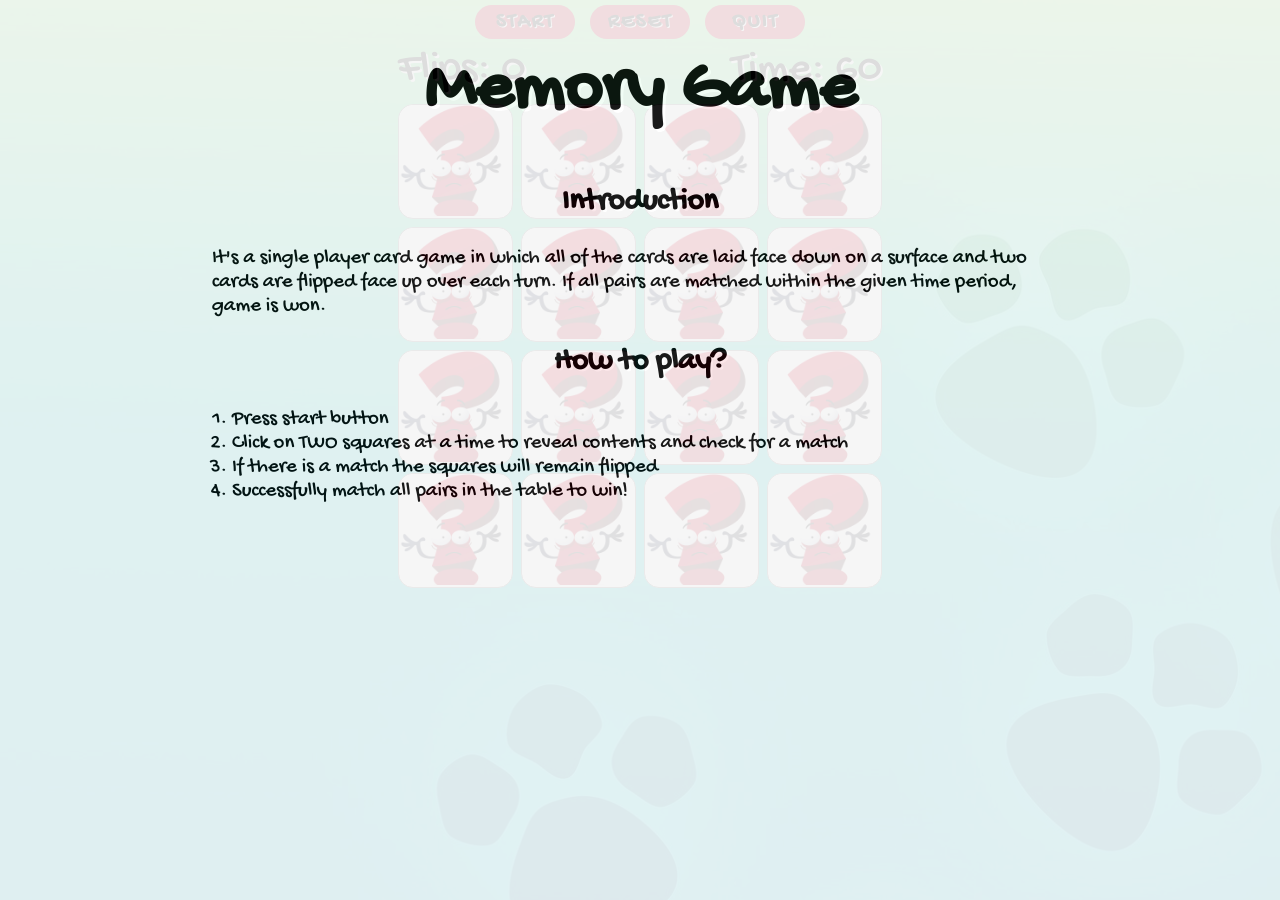
Repository: lauramika/Memory-Game
Page: index.html
The author's editor kept a record of every edit. The page is drawn from the files as they stood at one moment, then again after the next edit.
The browser window is 1280 px wide. The pictures show the whole page.

Above is the page before.

After the next edit:
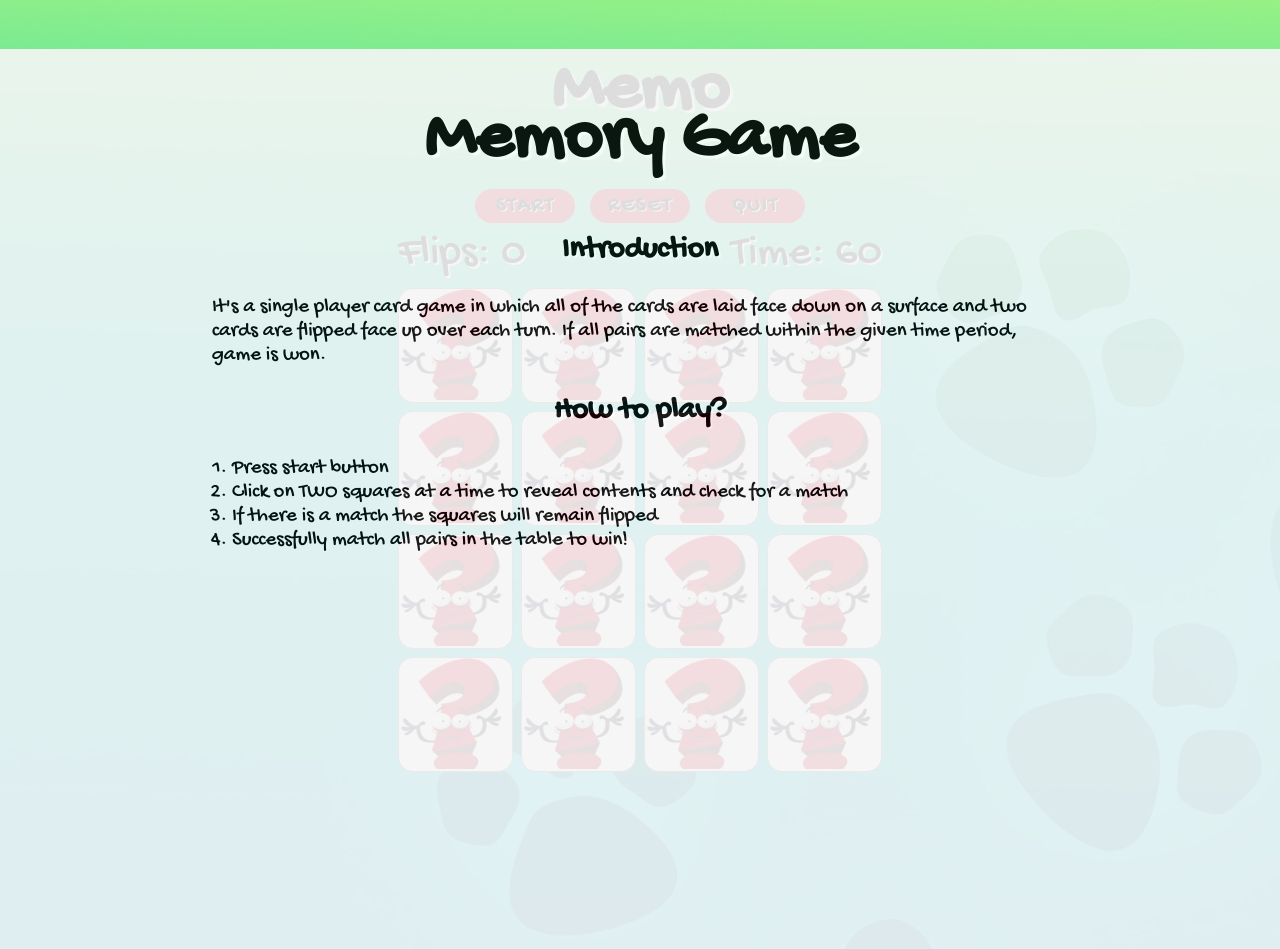
The edit:
--- a/index.html
+++ b/index.html
@@ -29,6 +29,7 @@
                   </ol>
               </div>
           </div>
+          <h1 class="title-game">Memo</h1>
           <!--start, reset and quit buttons-->
         <div class="buttons">
             <button class="start" onclick="shuffle()">Start</button>
